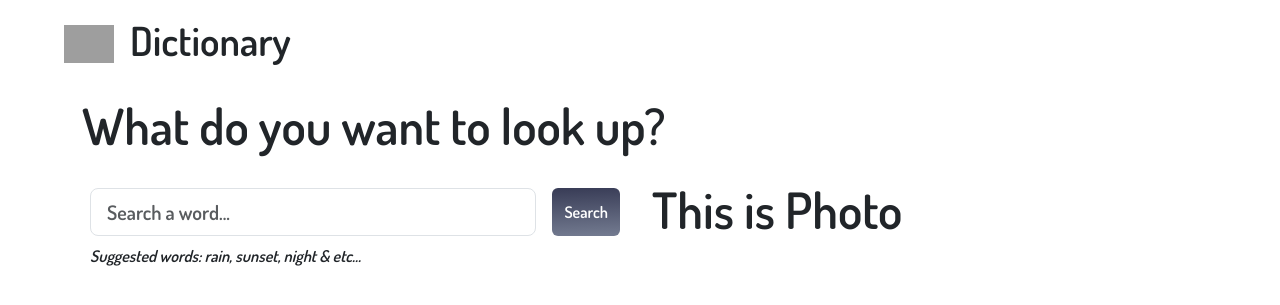
Repository: moehaymanmyint/react-dictionary-app
Page: /
The author's editor kept a copy of each file at every save. The page is drawn from the files as they stood at one save, then again after the next save.
The browser window is 1280 px wide. The pictures show the whole page.
Pictures or frames that could not be fetched are drawn as grey boxes. The project was rebuilt for these pictures with package versions that can differ from the ones it lists, and the page was loaded fresh each time. Also part of the build but not shown: src/Synonyms.js, src/Meaning.js, src/Phonetics.js, src/Results.js.

Above is the page before, as saved 2024-09-07 11:43:38.

### public/index.html
<!DOCTYPE html>
<html lang="en">
  <head>
    <meta charset="utf-8" />
    <link rel="icon" href="%PUBLIC_URL%/favicon.ico" />
    <meta name="viewport" content="width=device-width, initial-scale=1" />
    <meta name="theme-color" content="#000000" />
    <meta
      name="description"
      content="Web site created using create-react-app"
    />
    <link rel="apple-touch-icon" href="%PUBLIC_URL%/logo192.png" />
    <!--
      manifest.json provides metadata used when your web app is installed on a
      user's mobile device or desktop. See https://developers.google.com/web/fundamentals/web-app-manifest/
    -->
    <link rel="manifest" href="%PUBLIC_URL%/manifest.json" />
    <!--
      Notice the use of %PUBLIC_URL% in the tags above.
      It will be replaced with the URL of the `public` folder during the build.
      Only files inside the `public` folder can be referenced from the HTML.

      Unlike "/favicon.ico" or "favicon.ico", "%PUBLIC_URL%/favicon.ico" will
      work correctly both with client-side routing and a non-root public URL.
      Learn how to configure a non-root public URL by running `npm run build`.
    -->
    <title>React App</title>
  </head>
  <body>
    <noscript>You need to enable JavaScript to run this app.</noscript>
    <div id="root"></div>
    <!--
      This HTML file is a template.
      If you open it directly in the browser, you will see an empty page.

      You can add webfonts, meta tags, or analytics to this file.
      The build step will place the bundled scripts into the <body> tag.

      To begin the development, run `npm start` or `yarn start`.
      To create a production bundle, use `npm run build` or `yarn build`.
    -->
  </body>
</html>

### src/App.js
import './App.css';
import 'bootstrap/dist/css/bootstrap.css';

import Search from "./Search"

function App() {
  return (
    <div className="App">
      {/* Logo */}
      <div className='logo m-3 mx-5 d-flex align-items-center'>
        <img src="https://th.bing.com/th/id/R.1ebe3e38406a8906121c9769e62adc3e?rik=d1hISy0qiMJ7Hg&pid=ImgRaw&r=0" alt="Logo" className='mx-3'/>
        <h2>Dictionary</h2>
      </div>

      <div className='container'>
        <Search />
      </div>
    </div>
  );
}

export default App;

### src/App.css
@import url('https://fonts.googleapis.com/css2?family=Dosis:wght@600&display=swap');

.App img{
    width: 50px;
}

.App{
    font-family: "Dosis", sans-serif;
}

### src/Search.js
import React, {useState} from "react";
import 'bootstrap/dist/css/bootstrap.css';
import axios from "axios";
import Results from "./Results"
import Photos from "./Photos";
import "./Dictionary.css";

export default function Search(){
    let [word, setWord] = useState('');
    let [results, setResult] = useState(null);
    let [photos, setPhotos] = useState(null);

    function handleDictionaryResponse(response){
        console.log(response.data[0]);
        setResult(response.data[0])
    }

    function handleImageResponse(response){
        console.log(response.data.photos);
        setPhotos(response.data.photos);
    }

    function handleSubmit(event){
        event.preventDefault();

        //Dictionary API
        let apiUrl = `https://api.dictionaryapi.dev/api/v2/entries/en_US/${word}`;
        axios.get(apiUrl).then(handleDictionaryResponse);

        //Image APT
        let imgaeApiKey = "YjZHrFtqi0MmsvmCsjW9BM3SiR7Xv5HUozz9pPxEQ26WQPC6FFlQBqaO";
        let imgApiUrl = `https://api.pexels.com/v1/search?query=${word}`;
        let header = { Authorization: `${imgaeApiKey}` };
        axios.get(imgApiUrl, { headers: header }).then(handleImageResponse);
    }

    function updateWord(event){
        setWord(event.target.value);
    }

    return (
        <div className="Search">
            <h1 className="my-4">What do you want to look up?</h1>
            <div className="row d-flex">
                <div className="col-6">
                    <form onSubmit={handleSubmit} className="d-flex">
                        <input type="search" className="form-control form-control-lg m-2" value={word} onChange={updateWord} placeholder="Search a word..."/>
                        <input type="submit" value="Search" className="btn btn m-2"/>
                    </form>
                    <em className="mx-2">Suggested words: rain, sunset, night & etc...</em>
                    <section className="meaning">
                        <Results results={results}/>
                    </section>
                </div>
                <div className="col-6">
                    <Photos photos={photos} />
                </div>
            </div>
        </div>
    );
}

### src/Photos.js
import React from "react";

export default function Photos(props){
    console.log(props.photos)
    return (
        <h1>This is Photo</h1>
    );
}

### src/Dictionary.css
.Results .box,
.Meaning{
    background-color: white;
    box-shadow: rgba(100, 100, 111, 0.2) 0px 7px 29px 0px;
    border-radius: 10px;
}

h2{
    font-size: 40px;
    text-transform: capitalize;
}

p{
    font-size: 18px;
}

.Search h1{
    font-size: 50px;
}
.Search .btn{
    background: linear-gradient(177.9deg, rgb(58, 62, 88) 3.6%, rgb(119, 127, 148) 105.8%);
    border: none;
    color: white;
    transition: 0.5s;
}

Loaded but not shown: src/index.js (common file); src/index.css (common file); src/reportWebVitals.js (common file)

After the next save:
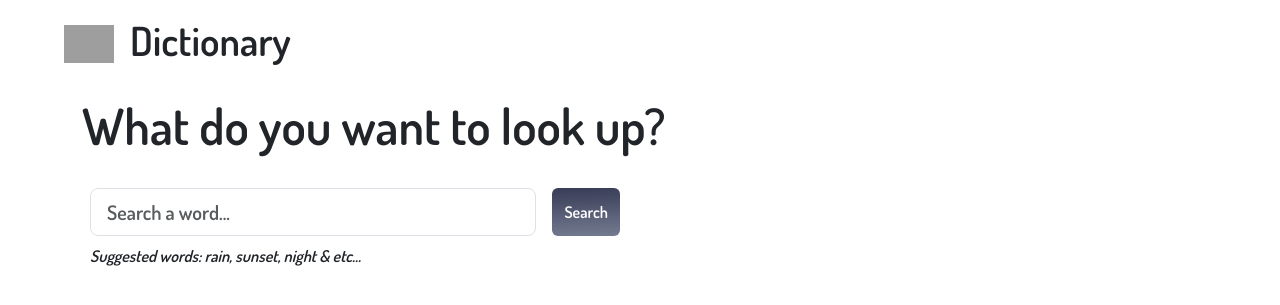
Saved 36 s later.
--- a/src/Photos.js
+++ b/src/Photos.js
@@ -2,7 +2,9 @@ import React from "react";
 
 export default function Photos(props){
     console.log(props.photos)
-    return (
-        <h1>This is Photo</h1>
-    );
+    if(props.photos){
+        return (
+            <h1>This is Photo</h1>
+        );
+    }
 }
